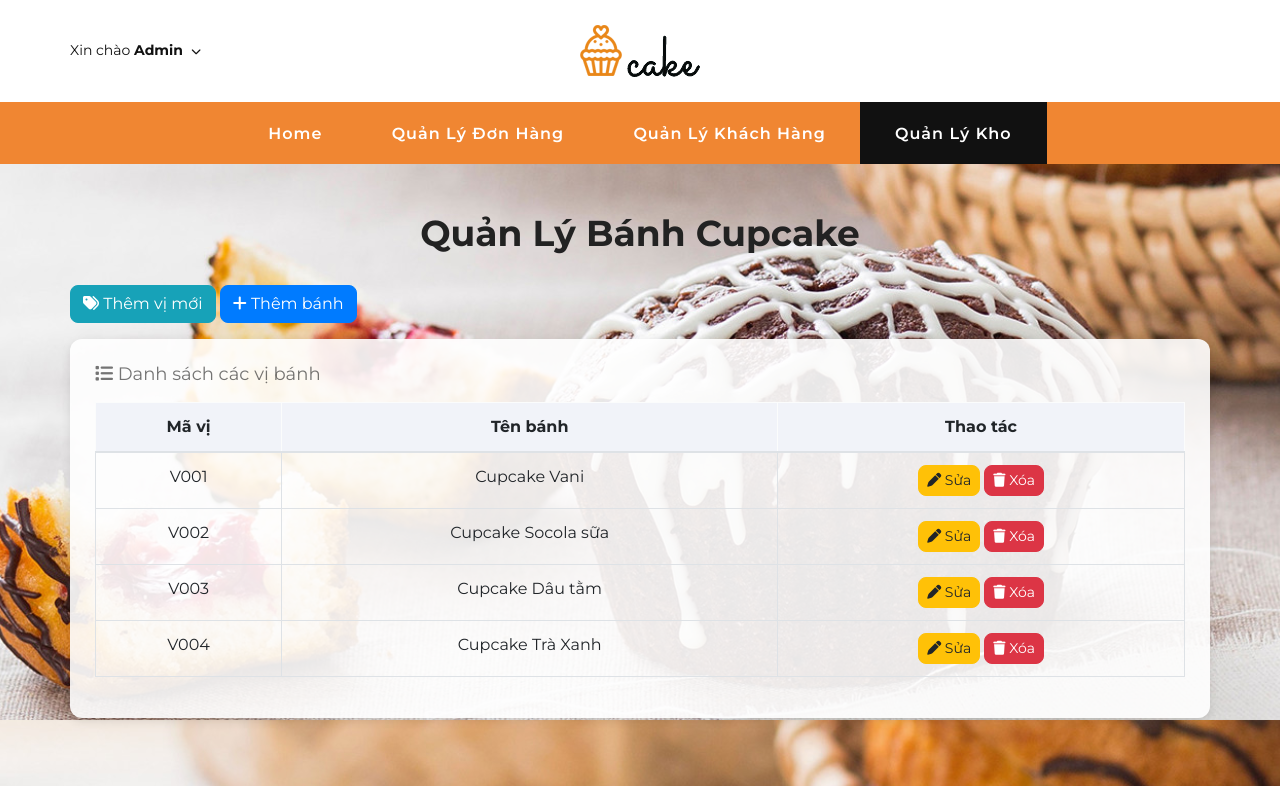
Repository: nhanto2n-byte/Nhom10ChieuThu3
Page: ProjectWeb/cake-main/admin_type.html
An editor plug-in stored every save of this project. The page is shown before and after the next save, followed by the edit.
The browser window is 1280 px wide. The pictures show the whole page.
Backgrounds fixed to the window are drawn as part of the page.

Above is the page before, as saved 2025-11-04 12:27:26.
Console error (its wording comes from the project's code and is left out).

After the next save:
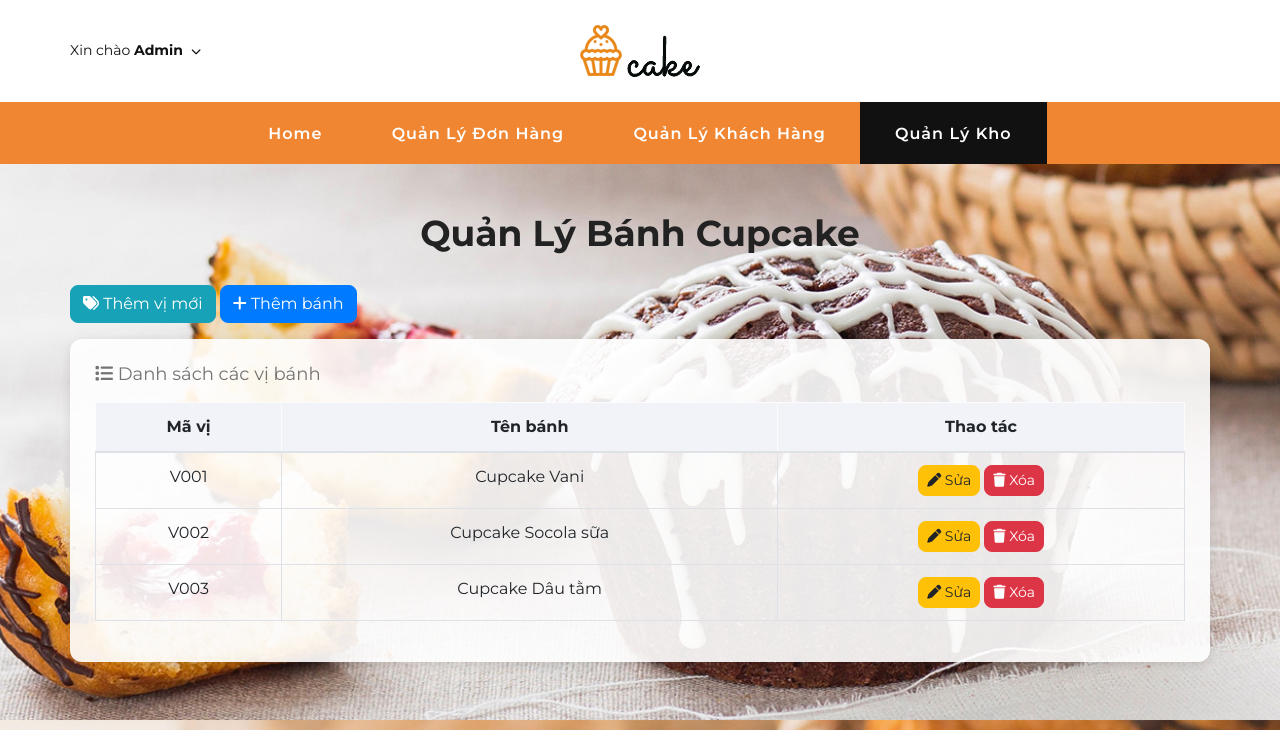
Saved 20 min 58 s later.
--- a/ProjectWeb/cake-main/admin_type.html
+++ b/ProjectWeb/cake-main/admin_type.html
@@ -186,14 +186,7 @@
                                 <button class="btn btn-danger btn-sm btn-delete"><i class="fa-solid fa-trash"></i> Xóa</button>
                             </td>
                         </tr>
-                        <tr>
-                            <td>V004</td>
-                            <td>Cupcake Trà Xanh</td>
-                            <td>
-                                <button class="btn btn-warning btn-sm btn-edit"><i class="fa-solid fa-pen"></i> Sửa</button>
-                                <button class="btn btn-danger btn-sm btn-delete"><i class="fa-solid fa-trash"></i> Xóa</button>
-                            </td>
-                        </tr>
+
                     </tbody>
                 </table>
             </div>
